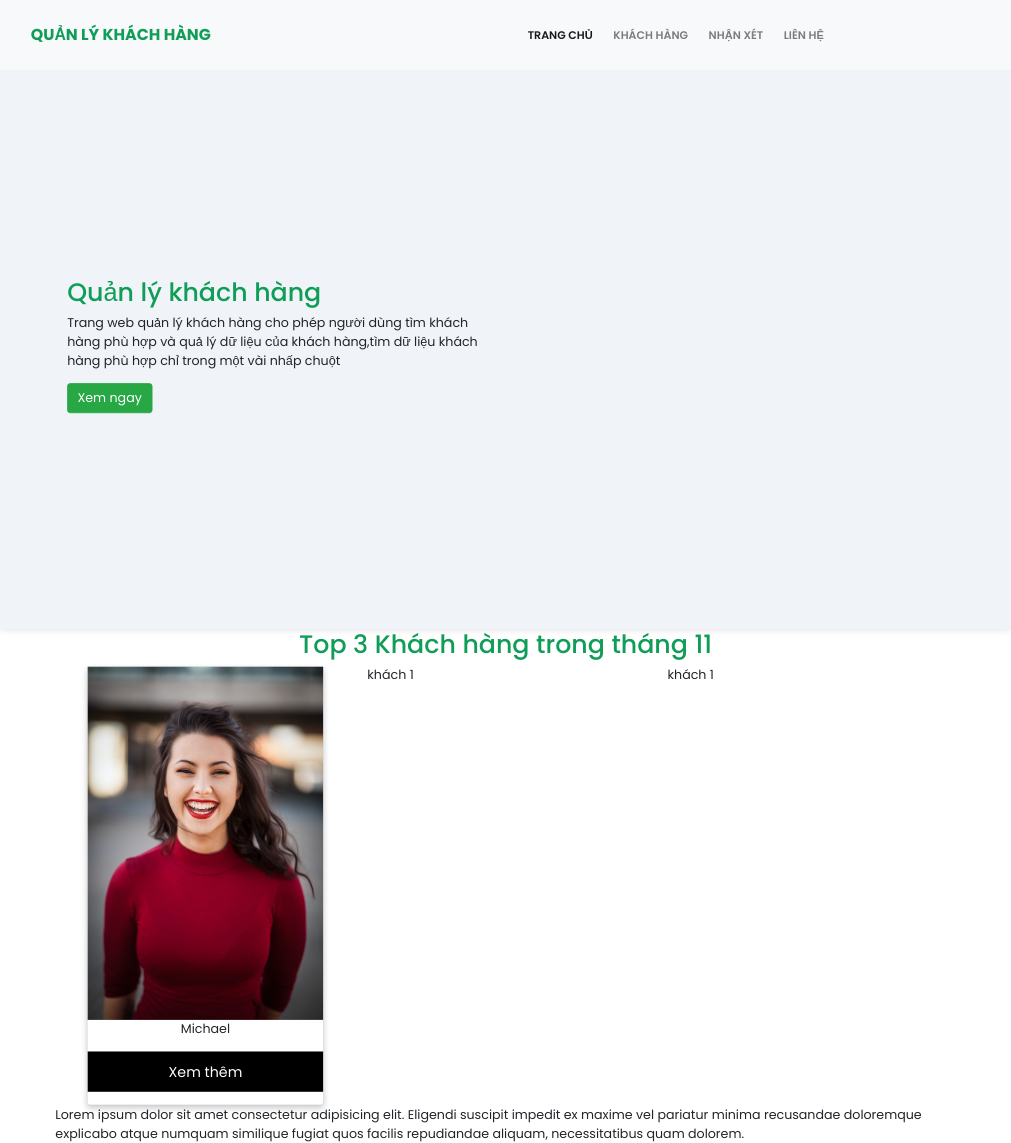
Repository: huutien1904/bt2-ltw
Page: index.html
An editor plug-in stored every save of this project. The page is shown before and after the next save, followed by the edit.
The browser window is 1280 px wide. The pictures show the whole page, at 79% of full size.

Above is the page before, as saved 2021-11-04 08:50:58.

### index.html
<!DOCTYPE html>
<html lang="en">
<head>
    <meta charset="UTF-8">
    <meta http-equiv="X-UA-Compatible" content="IE=edge">
    <meta name="viewport" content="width=device-width, initial-scale=1.0">
    <title>Quản Lý Khách Hàng</title>

    <!-- style -->
    <link rel="stylesheet" href="./style.css">
    <!-- font Poppins -->
    <link rel="preconnect" href="https://fonts.googleapis.com">
    <link rel="preconnect" href="https://fonts.gstatic.com" crossorigin>
    <link href="https://fonts.googleapis.com/css2?family=Poppins:wght@100;200;300;400;500;600;700;800;900&display=swap" rel="stylesheet">
    <!--  boostrap -->
    <link rel="stylesheet" href="https://maxcdn.bootstrapcdn.com/bootstrap/4.5.2/css/bootstrap.min.css">
    <script src="https://ajax.googleapis.com/ajax/libs/jquery/3.5.1/jquery.min.js"></script>
    <script src="https://cdnjs.cloudflare.com/ajax/libs/popper.js/1.16.0/umd/popper.min.js"></script>
    <script src="https://maxcdn.bootstrapcdn.com/bootstrap/4.5.2/js/bootstrap.min.js"></script>
</head>
<body>
  <!-- navbar -->
    <!-- <nav class="navbar navbar-default navbar-fixed-top">
        <div class="container-fluid ">
          <div class="navbar-header">
            <button type="button" class="navbar-toggle" data-toggle="collapse" data-target="#myNavbar">
              <span class="icon-bar"></span>
              <span class="icon-bar"></span>
              <span class="icon-bar"></span>
            </button>
            <a class="navbar-brand" href="#home">QUẢN LÝ KHÁCH HÀNG</a>
          </div>
          <div class="collapse navbar-collapse" id="myNavbar">
            <ul class="nav navbar-nav navbar-right">
              <li class="active_nav"><a href="#home">TRANG CHỦ</a></li>
              <li ><a href="#customer">KHÁCH HÀNG</a></li>
              <li><a href="#comment">NHẬN XÉT</a></li>
              <li><a href="#contact">LIÊN HỆ</a></li>
            </ul>
          </div>
        </div>
    </nav> -->
  <!-- end navbar -->
  <nav class="navbar navbar-expand-lg navbar-light bg-light fixed-top p-4 d-flex justify-content-between">
    <div class="nav_title col-md-6 col-sm-12">
      <a class="navbar-brand" href="#">QUẢN LÝ KHÁCH HÀNG</a>
    </div>

    <div class="nav_menu col-md-6 ">
      <button class="navbar-toggler" type="button" data-toggle="collapse" data-target="#navbarSupportedContent" aria-controls="navbarSupportedContent" aria-expanded="false" aria-label="Toggle navigation">
        <span class="navbar-toggler-icon"></span>
      </button>
      <div class="collapse navbar-collapse" id="navbarSupportedContent">
        <ul class="navbar-nav mr-auto">
          <li class="nav-item active">
            <a class="nav-link" href="#home">TRANG CHỦ</a>
          </li>
          <li class="nav-item">
            <a class="nav-link" href="#customer">KHÁCH HÀNG</a>
          </li>

          <li class="nav-item">
            <a class="nav-link" href="#comment">NHẬN XÉT</a>
          </li>
          <li class="nav-item">
            <a class="nav-link" href="#contact">LIÊN HỆ</a>
          </li>

        </ul>

      </div>
    </div>


  </nav>
  <!-- trang chủ -->
  <section
    id="home"
    >
    <div class="container">
      <div class="row">
        <div class="col-md-6 col-xs-12 ">
          <div class="">
            <h2 class="slogan">Quản lý khách hàng</h2>
            <p class="">
              Trang web quản lý khách hàng cho phép người dùng tìm khách hàng phù hợp và quả lý dữ liệu của khách hàng,tìm dữ liệu khách hàng phù hợp chỉ trong một vài nhấp chuột
            </p>
            <div class="left-to-right play-on-scroll delay-4">
              <button type="button" class="btn btn-success">Xem ngay</button>
            </div>
          </div>
        </div>
      </div>
    </div>
  </section>
  <!-- end trang chủ -->

  <!-- khách hàng -->
  <section id="customer ">
    <div class="container">
      <div class="row">
        <div class="col-md-12 col-sm-12 d-flex justify-content-center align-items-center">
          <h2 class="title_customer ">Top 3 Khách hàng trong tháng 11</h2>
        </div>
      </div>
      <div class="row">
        <div class="col-md-4 col-sm-12">
          <div class="card">
            <img src="./img/michael-dam-mEZ3PoFGs_k-unsplash.jpg" alt="Denim Jeans" style="width:100%">
            <p>Michael</p>
            <p><button>Xem thêm</button></p>
          </div>
        </div>
        <div class="col-md-4 col-sm-12">
          khách 1

        </div>
        <div class="col-md-4 col-sm-12">
          khách 1

        </div>
        Lorem ipsum dolor sit amet consectetur adipisicing elit. Eligendi suscipit impedit ex maxime vel pariatur minima recusandae doloremque explicabo atque numquam similique fugiat quos facilis repudiandae aliquam, necessitatibus quam dolorem.
      </div>
    </div>
  </section>
  <!-- end khách hàng -->
  <!--  Nhận xét-->
  <section id="comment">

  </section>
  <!-- liên hệ -->
  <section id="contact">

  </section>
</body>
</html>

### style.css
*{
  font-family: 'Poppins', sans-serif;
}

:root {
  --primary-color: #0f9d58;
  --backgound-color: #f0f3f7;
  --secon-color: #9da2ad;
  --grey: #7a7a7a;
  --white: #ffffff;
}
body {
  font: 400 15px Lato, sans-serif;
  line-height: 1.8;
  color: #818181;
}
.navbar-default{
  padding: 15px;
  background-color: var(--backgound-color);
  box-shadow: 0 2px 8px rgb(0 0 0 / 10%);
}
.navbar-brand{
  font-weight: 700;
  font-size: 20px;
  color: var(--primary-color) !important;

}
.navbar-nav li{
  font-size: 14px;
  font-weight: 600;
  margin: 0 5px;
  /* padding:5px; */
}
.navbar-nav li:hover{
  background-color: var(--primary-color);
  border-radius: 15px;
  color: white !important;
}
#home{
  margin-top: 77px;
  height: 100vh;
  display: flex;
  justify-content: center;
  align-items: center;
  background-color: var(--backgound-color);
  box-shadow: 0 2px 8px rgb(0 0 0 / 10%);
}
.slogan{
  color: var(--primary-color);
}
.title_customer{
  color: var(--primary-color);

}
#customer{
  height: 90vh;
  background-color: var(--backgound-color);
  box-shadow: 0 2px 8px rgb(0 0 0 / 10%);
}
.card {
  box-shadow: 0 4px 8px 0 rgba(0, 0, 0, 0.2);
  max-width: 300px;
  margin: auto;
  text-align: center;
  font-family: arial;
}

.price {
  color: grey;
  font-size: 22px;
}

.card button {
  border: none;
  outline: 0;
  padding: 12px;
  color: white;
  background-color: #000;
  text-align: center;
  cursor: pointer;
  width: 100%;
  font-size: 18px;
}

.card button:hover {
  opacity: 0.7;
}
/* .active_nav{
  background-color: var(--primary-color);
  border-radius: 15px;
} */

After the next save:
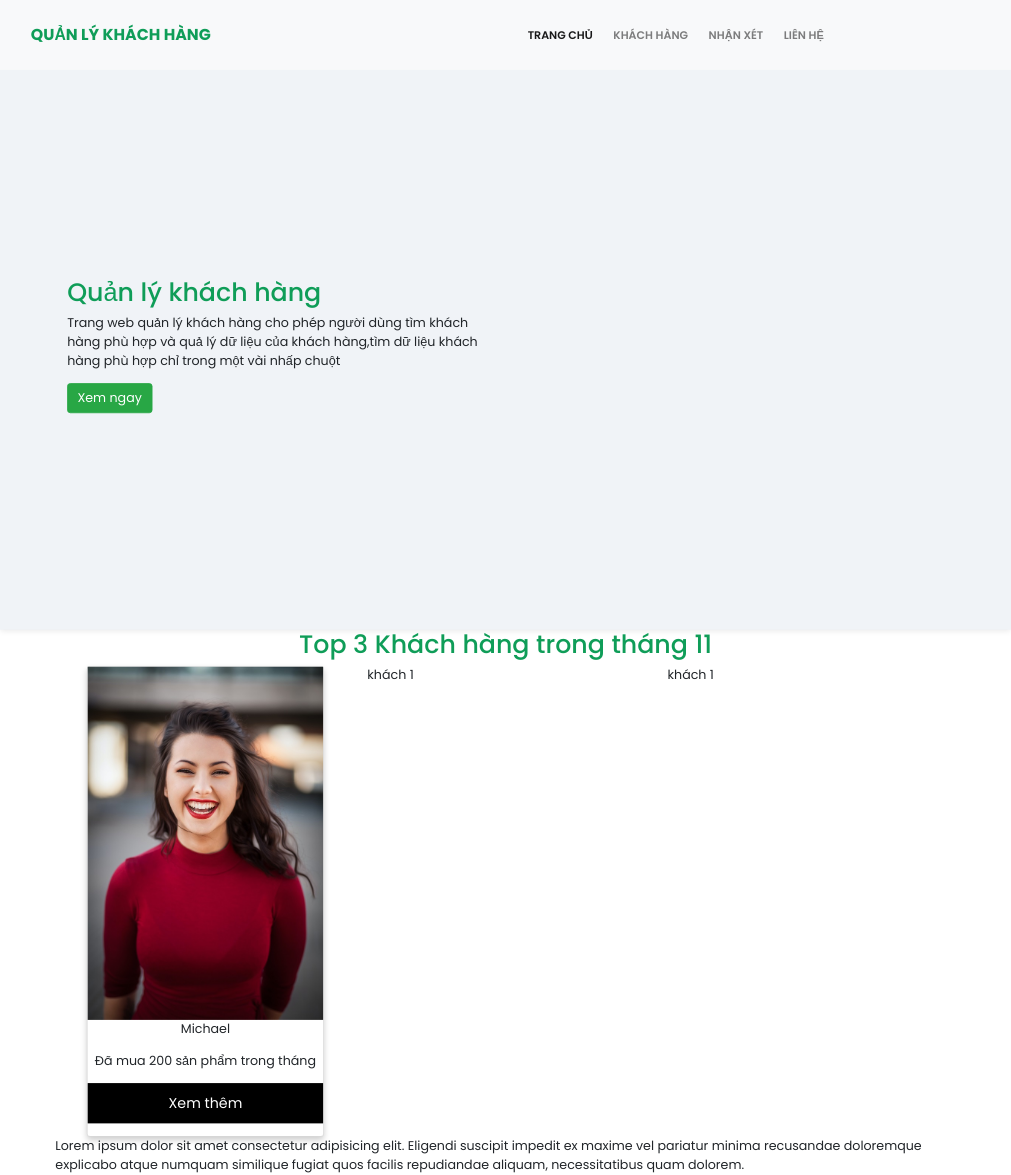
Saved 24 s later.
--- a/index.html
+++ b/index.html
@@ -108,6 +108,7 @@
           <div class="card">
             <img src="./img/michael-dam-mEZ3PoFGs_k-unsplash.jpg" alt="Denim Jeans" style="width:100%">
             <p>Michael</p>
+            <p>Đã mua 200 sản phẩm trong tháng</p>
             <p><button>Xem thêm</button></p>
           </div>
         </div>
